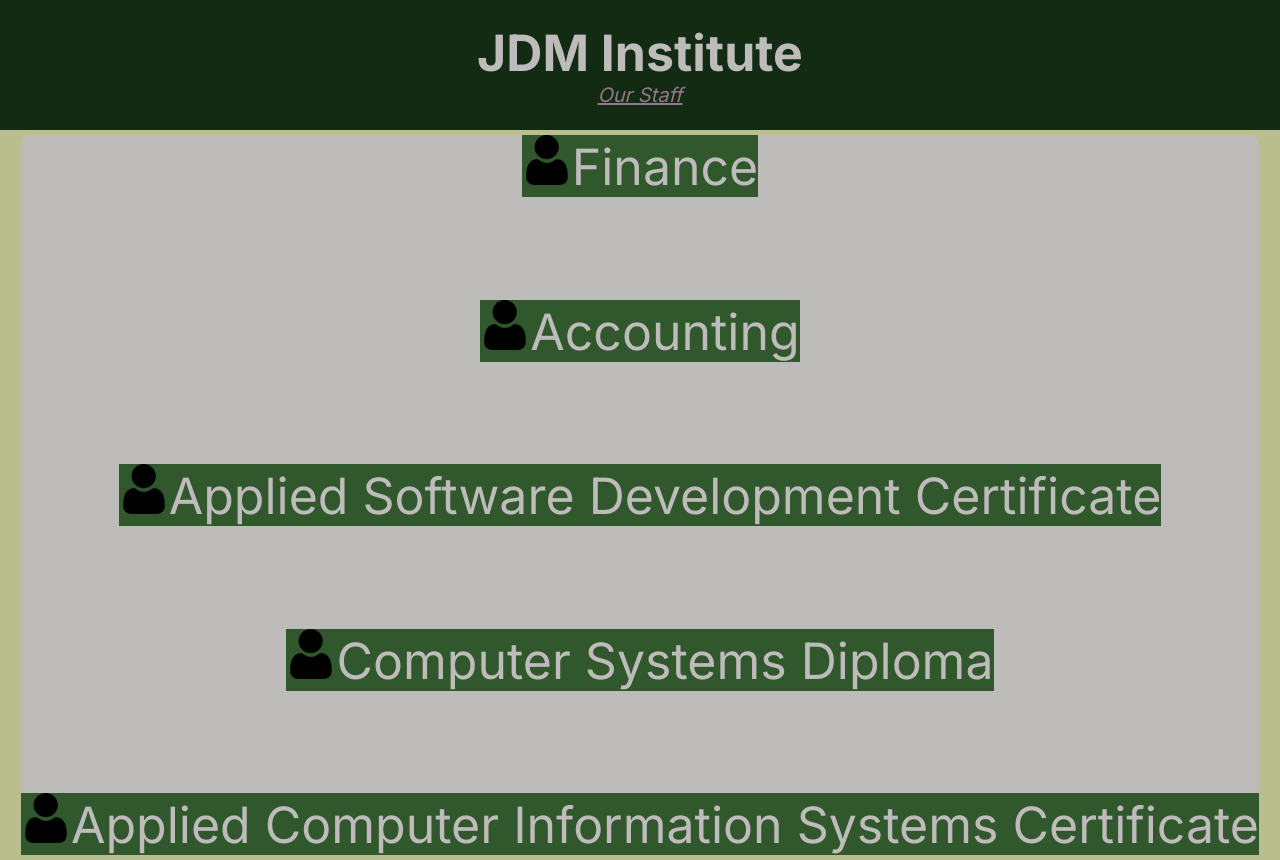
Repository: jennydmcm/class03practice
Page: /
These files come from the project's save history. The page is drawn as it stood at one moment and after the next save; the edit follows.
The browser window is 1280 px wide. The pictures show the whole page.
The project was rebuilt for these pictures with package versions that can differ from the ones it lists, and the page was loaded fresh each time. The framework's server and built-in components were replaced by stand-ins that run in the browser. Also part of the build but not shown: next.config.js.

Above is the page before, as saved 2023-01-25 08:43:50.

### pages/index.js
import Head from 'next/head'
import Image from 'next/image'
import { Inter } from '@next/font/google'
import styles from '@/styles/Home.module.css'
import data from '../data/education.json'
import { useState } from 'react'
import Card from '@/components/Card/index'
import Link from 'next/link'

const inter = Inter({ subsets: ['latin'] })

export default function Home() {
  const [information, setInformation] = useState([...data])

  return (
    <>
      <Head>
        <title>JDM Institute</title>
        <meta name="description" content="Generated by create next app" />
        <meta name="viewport" content="width=device-width, initial-scale=1" />
        <link rel="icon" href="/favicon.ico" />
      </Head>
      <main className={styles.main}>
        <div className={styles.navbar}>
          <div className={styles.navtitle}>JDM Institute</div>
          <div className={styles.navbutton}>
            <Link className={styles.link} href="about">Our Staff</Link>
          </div>
        </div>

      <div className={styles.cards}>
        {
          information && information.map((info, index) => {
            if(info.department.toLowerCase() === "business"){
              return (
                <Card
                  key={index}
                  degree={info.degree}
                  gpa={info.gpa}
                  colourCard="#BABD8D"
                  colourInfo="#31572C"
                  font="50px"
                  fontColour="#132A13"
                  padding="20px"
                />
              )
            }
          })
        }

        {
          information && information.map((info, index) => {
            if(info.department.toLowerCase() === "computing"){
              return (
                <Card
                  key={index}
                  degree={info.degree}
                  gpa={info.gpa}
                  colourCard="#BABD8D"
                  colourInfo="#31572C"
                  font="50px"
                  fontColour="#132A13"

                />
              )
            }
          })
        }
        </div>
      </main>
    </>
  )
      }

### styles/Home.module.css
.main {
  display: flex;
  flex-direction: column;
  justify-content: space-between;
  align-items: center;
  background-color: #BABD8D;
}



.navbar{
  display: flex;
  flex-direction: column;
  width: 100%;
  height: 130px;
  background-color: #132A13;
  justify-content: center;
  align-items: center;

}

.navtitle{
  font-size: 50px;
  font-weight: bold;
  font-family: 'Inter';
  color: #BEBBBB;
}
.link{
  font-size: 20px;
  font-family: 'Inter';
  color: #94778B;
  font-style: italic;
  text-decoration: underline;
}
.cards{
  display: flex;
  flex-direction: column;
  align-items: center;
  margin: 5px;
  gap: 20px;
  min-height: 100vh;
  background-color: #BEBBBB;
  justify-content: space-between;
  font-family: 'Inter';
  border-radius: 10px;
  color: #BEBBBB;
}


.description {
  display: inherit;
  justify-content: inherit;
  align-items: inherit;
  font-size: 1rem;
  max-width: var(--max-width);
  width: 100%;
  z-index: 2;
  font-family: var(--font-mono);
}

.description a {
  display: flex;
  justify-content: center;
  align-items: center;
  gap: 1rem;
}

.description p {
  position: relative;
  margin: 0;
  padding: 1rem;
  background-color: rgba(var(--callout-rgb), 0.5);
  border: 1px solid rgba(var(--callout-border-rgb), 0.3);
  border-radius: var(--border-radius);
}

.code {
  font-weight: 700;
  font-family: var(--font-mono);
}

.grid {
  display: grid;
  grid-template-columns: repeat(4, minmax(25%, auto));
  width: var(--max-width);
  max-width: 100%;
}

.card {
  padding: 1rem 1.2rem;
  border-radius: var(--border-radius);
  background: rgba(var(--card-rgb), 0);
  border: 1px solid rgba(var(--card-border-rgb), 0);
  transition: background 200ms, border 200ms;
}

.card span {
  display: inline-block;
  transition: transform 200ms;
}

.card h2 {
  font-weight: 600;
  margin-bottom: 0.7rem;
}

.card p {
  margin: 0;
  opacity: 0.6;
  font-size: 0.9rem;
  line-height: 1.5;
  max-width: 30ch;
}

.center {
  display: flex;
  justify-content: center;
  align-items: center;
  position: relative;
  padding: 4rem 0;
}

.center::before {
  background: var(--secondary-glow);
  border-radius: 50%;
  width: 480px;
  height: 360px;
  margin-left: -400px;
}

.center::after {
  background: var(--primary-glow);
  width: 240px;
  height: 180px;
  z-index: -1;
}

.center::before,
.center::after {
  content: '';
  left: 50%;
  position: absolute;
  filter: blur(45px);
  transform: translateZ(0);
}

.logo,
.thirteen {
  position: relative;
}

.thirteen {
  display: flex;
  justify-content: center;
  align-items: center;
  width: 75px;
  height: 75px;
  padding: 25px 10px;
  margin-left: 16px;
  transform: translateZ(0);
  border-radius: var(--border-radius);
  overflow: hidden;
  box-shadow: 0px 2px 8px -1px #0000001a;
}

.thirteen::before,
.thirteen::after {
  content: '';
  position: absolute;
  z-index: -1;
}

/* Conic Gradient Animation */
.thirteen::before {
  animation: 6s rotate linear infinite;
  width: 200%;
  height: 200%;
  background: var(--tile-border);
}

/* Inner Square */
.thirteen::after {
  inset: 0;
  padding: 1px;
  border-radius: var(--border-radius);
  background: linear-gradient(
    to bottom right,
    rgba(var(--tile-start-rgb), 1),
    rgba(var(--tile-end-rgb), 1)
  );
  background-clip: content-box;
}

/* Enable hover only on non-touch devices */
@media (hover: hover) and (pointer: fine) {
  .card:hover {
    background: rgba(var(--card-rgb), 0.1);
    border: 1px solid rgba(var(--card-border-rgb), 0.15);
  }

  .card:hover span {
    transform: translateX(4px);
  }
}

@media (prefers-reduced-motion) {
  .thirteen::before {
    animation: none;
  }

  .card:hover span {
    transform: none;
  }
}

/* Mobile */
@media (max-width: 700px) {
  .content {
    padding: 4rem;
  }

  .grid {
    grid-template-columns: 1fr;
    margin-bottom: 120px;
    max-width: 320px;
    text-align: center;
  }

  .card {
    padding: 1rem 2.5rem;
  }

  .card h2 {
    margin-bottom: 0.5rem;
  }

  .center {
    padding: 8rem 0 6rem;
  }

  .center::before {
    transform: none;
    height: 300px;
  }

  .description {
    font-size: 0.8rem;
  }

  .description a {
    padding: 1rem;
  }

  .description p,
  .description div {
    display: flex;
    justify-content: center;
    position: fixed;
    width: 100%;
  }

  .description p {
    align-items: center;
    inset: 0 0 auto;
    padding: 2rem 1rem 1.4rem;
    border-radius: 0;
    border: none;
    border-bottom: 1px solid rgba(var(--callout-border-rgb), 0.25);
    background: linear-gradient(
      to bottom,
      rgba(var(--background-start-rgb), 1),
      rgba(var(--callout-rgb), 0.5)
    );
    background-clip: padding-box;
    backdrop-filter: blur(24px);
  }

  .description div {
    align-items: flex-end;
    pointer-events: none;
    inset: auto 0 0;
    padding: 2rem;
    height: 200px;
    background: linear-gradient(
      to bottom,
      transparent 0%,
      rgb(var(--background-end-rgb)) 40%
    );
    z-index: 1;
  }
}

/* Tablet and Smaller Desktop */
@media (min-width: 701px) and (max-width: 1120px) {
  .grid {
    grid-template-columns: repeat(2, 50%);
  }
}

@media (prefers-color-scheme: dark) {
  .vercelLogo {
    filter: invert(1);
  }

  .logo,
  .thirteen img {
    filter: invert(1) drop-shadow(0 0 0.3rem #ffffff70);
  }
}

@keyframes rotate {
  from {
    transform: rotate(360deg);
  }
  to {
    transform: rotate(0deg);
  }
}

### data/education.json
[
        {
            "studentNumber": "A0004567",
            "firstName": "Person 1",
            "gpa": 3.8,
            "department": "Business",
            "degree": "Finance",
            "graduated": 2014
        },
        {
            "studentNumber": "A0001234",
            "firstName": "Person 2",
            "gpa": 3.5,
            "department": "Business",
            "degree": "Accounting",
            "graduated": 2010
        },
        {
            "studentNumber": "A0007890",
            "firstName": "Person 3",
            "gpa": 3.2,
            "department": "Computing",
            "degree": "Applied Software Development Certificate",
            "graduated": 2018
        },
        {
            "studentNumber": "A0007828",
            "firstName": "Person 4",
            "gpa": 3.9,
            "department": "Computing",
            "degree": "Computer Systems Diploma",
            "graduted": 2021
        },
        {
            "studentNumber": "A0003425",
            "firstName": "Person 5",
            "gpa": 3.2,
            "department": "Computing",
            "degree": "Applied Computer Information Systems Certificate",
            "graduated": 2021
        }
]

### components/Card/index.js
export default function Card({
    degree="none",
    colour="#31572C",
    font="0",
    image="icon/personTwo.png"
}) {
    return(
        <div style={{backgroundColor: colour, fontSize:font}}>
            {
                colour === "red" ?    <img src={'icon/person.png'} width='50'/> :
                colour === "blue" ?   <img src={'icon/personThree.png'} width='50'/> :
                                    <img src={image} width='50'/>
            }
            {degree}
        </div>
    )
}

Loaded but not shown: pages/_app.js (common file); pages/_document.js (common file); styles/globals.css (common file)

After the next save:
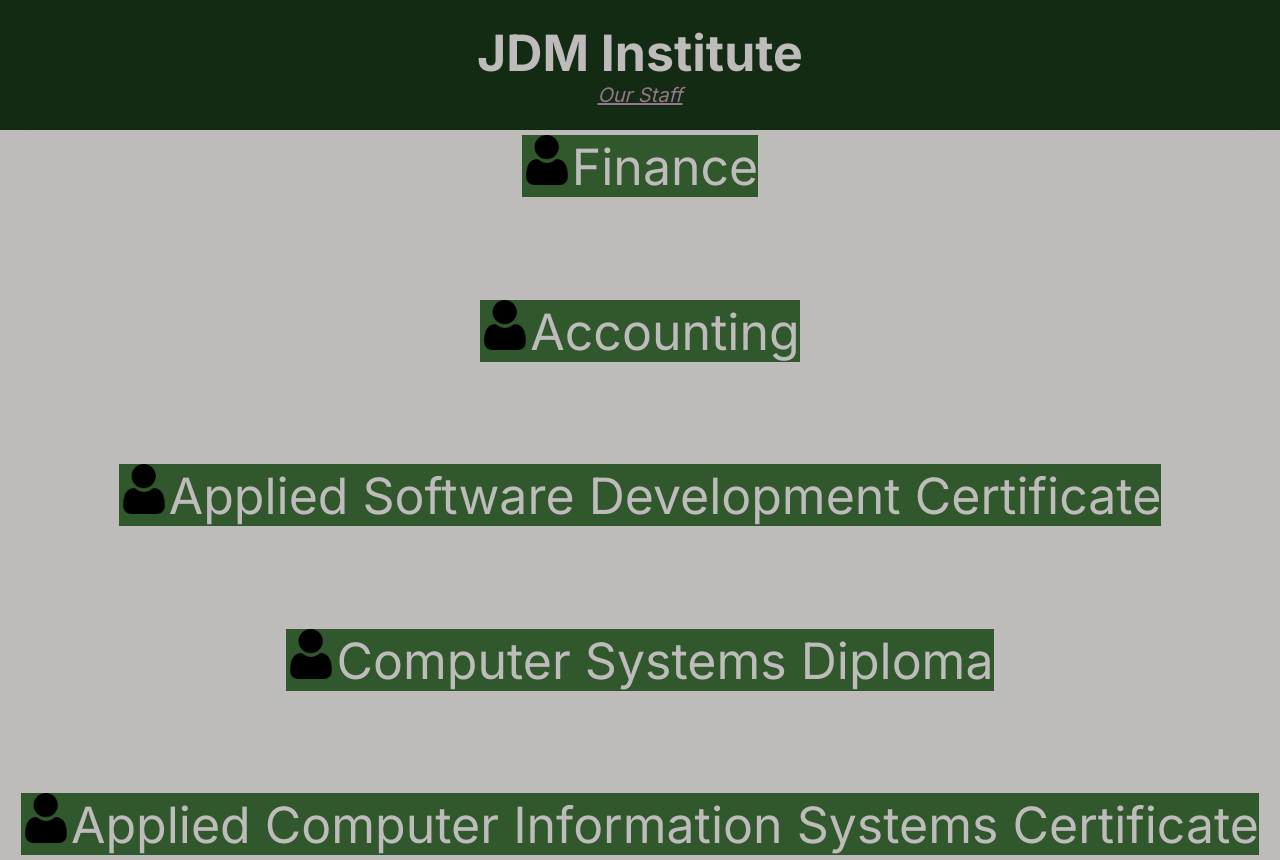
Saved 15 s later.
--- a/styles/Home.module.css
+++ b/styles/Home.module.css
@@ -3,7 +3,7 @@
   flex-direction: column;
   justify-content: space-between;
   align-items: center;
-  background-color: #BABD8D;
+  background-color: #BEBBBB;
 }
 
 
